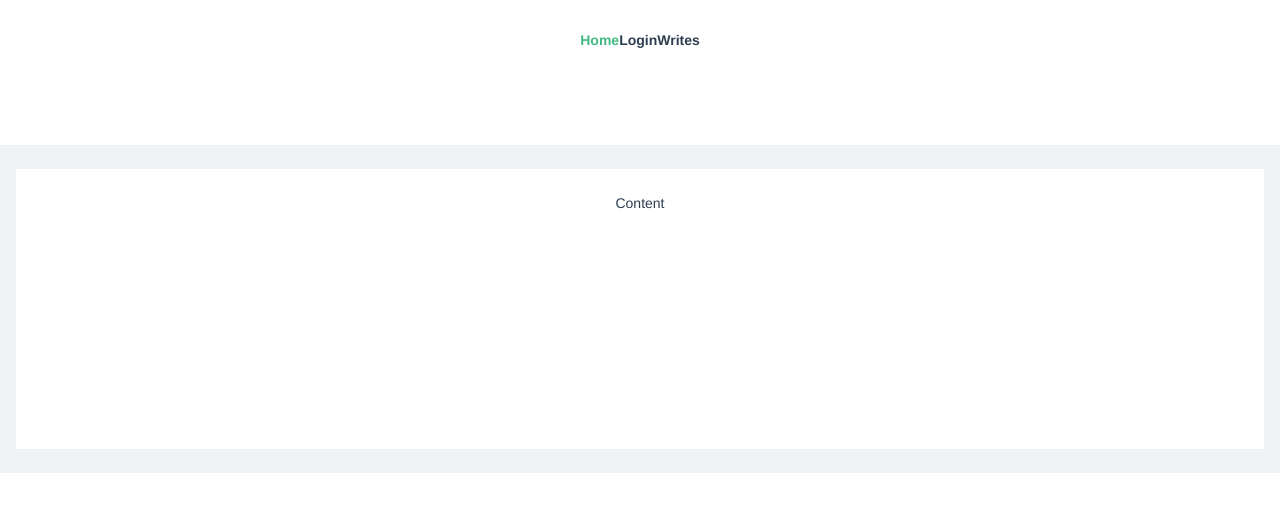
Repository: writesapp/mod
Page: /
These files come from the project's save history. The page is drawn as it stood at one moment and after the next save; the edit follows.
The browser window is 1280 px wide. The pictures show the whole page.
The project was rebuilt for these pictures with package versions that can differ from the ones it lists, and the page was loaded fresh each time. Also part of the build but not shown: src/components/SigninButton.vue, src/views/Login.vue, src/views/Writes.vue.

Above is the page before, as saved 2020-07-09 13:17:11.

### src/main.js
import Antd from 'ant-design-vue';
import Vue from 'vue';
import App from './App.vue';
import './registerServiceWorker';
import router from './router';
import store from './store';
import 'ant-design-vue/dist/antd.css';

Vue.config.productionTip = false;
Vue.use(Antd);

new Vue({
  router,
  store,
  render: (h) => h(App),
}).$mount('#app');

### src/App.vue
<template>
  <div id="app">
    <div id="nav">
      <router-link to="/">Home</router-link>
      <router-link to="/login">Login</router-link>
      <router-link to="/writes">Writes</router-link>
    </div>
    <router-view/>
  </div>
</template>

<script>
import { auth } from '@/initFirebase';
import store from '@/store';

export default {
  name: "App",
  mounted() {
    auth.onAuthStateChanged((user) => store.dispatch("fetchUser", user));
  },
};
</script>

<style lang="scss">
#app {
  font-family: Avenir, Helvetica, Arial, sans-serif;
  -webkit-font-smoothing: antialiased;
  -moz-osx-font-smoothing: grayscale;
  text-align: center;
  color: #2c3e50;
}

#nav {
  padding: 30px;

  a {
    font-weight: bold;
    color: #2c3e50;

    &.router-link-exact-active {
      color: #42b983;
    }
  }
}
</style>

### src/router/index.js
import Vue from 'vue';
import VueRouter from 'vue-router';
import Home from '../views/Home.vue';
import Login from '../views/Login.vue';
import Writes from '../views/Writes.vue';

Vue.use(VueRouter);

const routes = [
  {
    path: '/',
    name: 'Home',
    component: Home,
  },
  {
    path: '/login',
    name: 'Login',
    // route level code-splitting
    // this generates a separate chunk (about.[hash].js) for this route
    // which is lazy-loaded when the route is visited.
    component: Login,
  },
  {
    path: '/writes',
    name: 'Writes',
    component: Writes,
  },
];

const router = new VueRouter({
  mode: 'history',
  base: process.env.BASE_URL,
  routes,
});

export default router;

### src/store/index.js
import Vue from 'vue';
import Vuex from 'vuex';

Vue.use(Vuex);

export default new Vuex.Store({
  state: {
    user: {
      loggedIn: false,
      data: null,
    },
  },
  mutations: {
    setLoggedState(state, value) {
      state.user.loggedIn = value;
    },
    setUser(state, data) {
      state.user.data = data;
    },
  },
  actions: {
    fetchUser({ commit }, user) {
      commit("setLoggedState", user !== null);
      if (user) {
        commit("setUser", {
          displayName: user.displayName,
          email: user.email,
        });
      } else {
        commit("setUser", null);
      }
    },
  },
});

### src/initFirebase.js
import firebase from 'firebase';

const configOptions = {
  apiKey: "AIzaSyBe23vGrWbbtK6cWQflEewoDvTBtKWQEBM",
  authDomain: "test-project-116cf.firebaseapp.com",
  databaseURL: "https://test-project-116cf.firebaseio.com",
  projectId: "test-project-116cf",
  storageBucket: "test-project-116cf.appspot.com",
  messagingSenderId: "507446435196",
  appId: "1:507446435196:web:8a13dc8c60ddcf65e058f9",
  measurementId: "G-H01LY21GK7",
};

firebase.initializeApp(configOptions);

export const auth = firebase.auth();
export const googleProvider = new firebase.auth.GoogleAuthProvider();

### src/views/Home.vue
<template>
  <a-layout id="components-layout-demo-custom-trigger">
    <a-layout>
      <a-layout-header style="background: #fff; padding: 0">
        <a-icon
          class="trigger"
          :type="collapsed ? 'menu-unfold' : 'menu-fold'"
          @click="() => (collapsed = !collapsed)"
        />
      </a-layout-header>
      <a-layout-content
        :style="{ margin: '24px 16px', padding: '24px', background: '#fff', minHeight: '280px' }"
      >
        Content
      </a-layout-content>
    </a-layout>
  </a-layout>
</template>

<script>
export default {
  name: 'Home',
};
</script>

Loaded but not shown: public/index.html (common file); src/registerServiceWorker.js (common file)

After the next save:
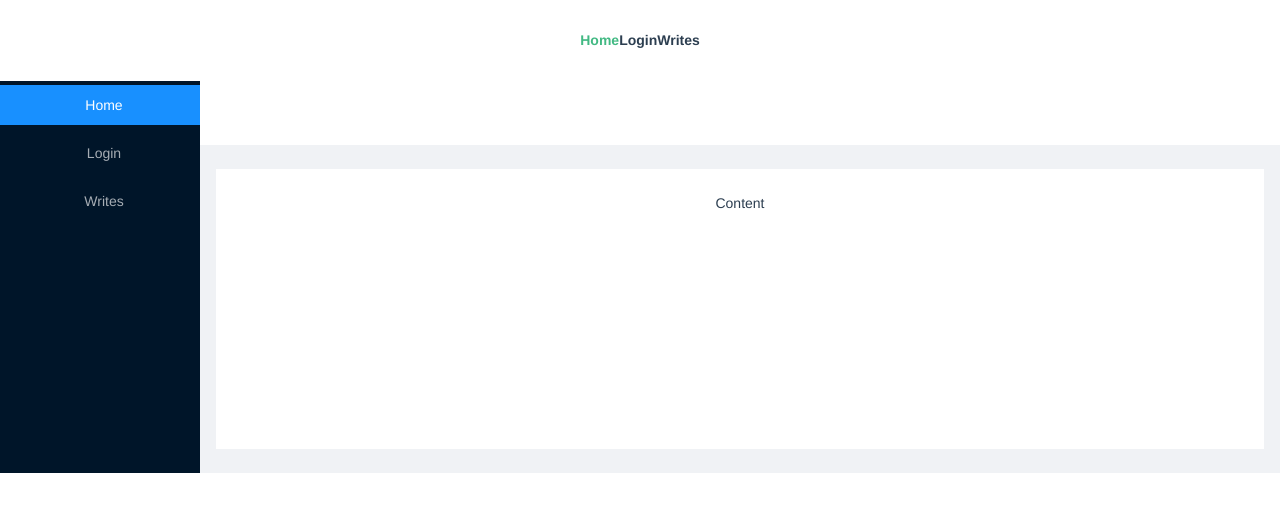
Saved 10 s later.
--- a/src/views/Home.vue
+++ b/src/views/Home.vue
@@ -1,5 +1,19 @@
 <template>
   <a-layout id="components-layout-demo-custom-trigger">
+    <a-layout-sider v-model="collapsed" :trigger="null" collapsible>
+      <div class="logo" />
+      <a-menu theme="dark" mode="inline" :default-selected-keys="['1']">
+        <a-menu-item key="1">
+          <router-link to="/">Home</router-link>
+        </a-menu-item>
+        <a-menu-item key="2">
+          <router-link to="/login">Login</router-link>
+        </a-menu-item>
+        <a-menu-item key="3">
+          <router-link to="/writes">Writes</router-link>
+        </a-menu-item>
+      </a-menu>
+    </a-layout-sider>
     <a-layout>
       <a-layout-header style="background: #fff; padding: 0">
         <a-icon
